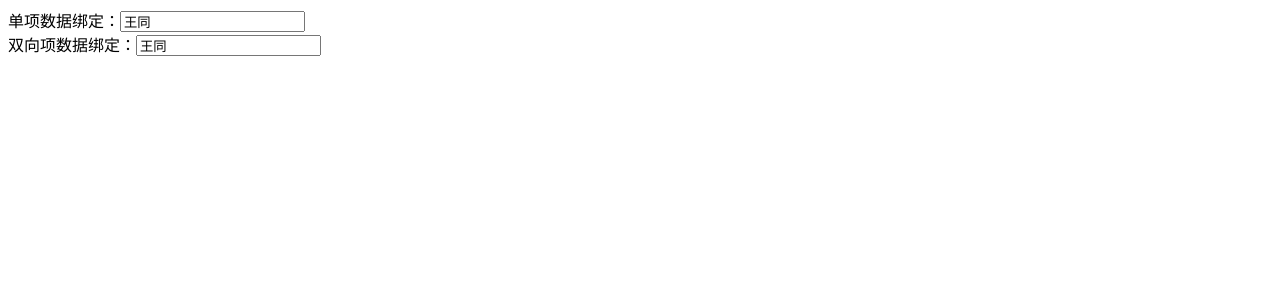
Repository: reggiepy/vueLeaning
Page: 04 el与data的两种写法/el与data两种写法.html
These files come from the project's save history. The page is drawn as it stood at one moment and after the next save; the edit follows.
The browser window is 1280 px wide. The pictures show the whole page.

Above is the page before, as saved 2021-12-05 13:46:00.

### 04 el与data的两种写法/el与data两种写法.html
<!DOCTYPE html>
<html lang="en">
<head>
    <meta charset="UTF-8">
    <meta http-equiv="X-UA-Compatible" content="IE=edge">
    <meta name="viewport" content="width=device-width, initial-scale=1.0">
    <title>Document</title>
    <script type="text/javascript" src="../js/vue.js"></script>
</head>
<body>
    <div id="root">
        <!-- 单项数据绑定：<input type="text" v-bind:value="name"><br> -->
        <!-- 双向项数据绑定：<input type="text" v-model:value="name"> -->

        <!-- 简写 -->
        单项数据绑定：<input type="text" :value="name"><br>
        双向项数据绑定：<input type="text" v-model="name">
    </div>
    <script>
        Vue.config.productionTip = false;
        new Vue({
            el: "#root",
            data: {
                name: "王同"
            }
        })
    </script>
</body>
</html>

Loaded but not shown: js/vue.js (library)

After the next save:
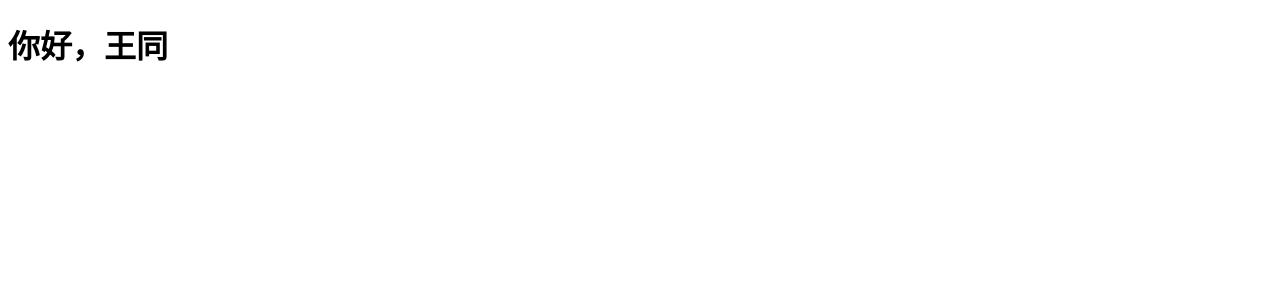
Saved 35 s later.
--- a/04 el与data的两种写法/el与data两种写法.html
+++ b/04 el与data的两种写法/el与data两种写法.html
@@ -9,12 +9,7 @@
 </head>
 <body>
     <div id="root">
-        <!-- 单项数据绑定：<input type="text" v-bind:value="name"><br> -->
-        <!-- 双向项数据绑定：<input type="text" v-model:value="name"> -->
-
-        <!-- 简写 -->
-        单项数据绑定：<input type="text" :value="name"><br>
-        双向项数据绑定：<input type="text" v-model="name">
+        <h1>你好，{{name}}</h1>
     </div>
     <script>
         Vue.config.productionTip = false;
